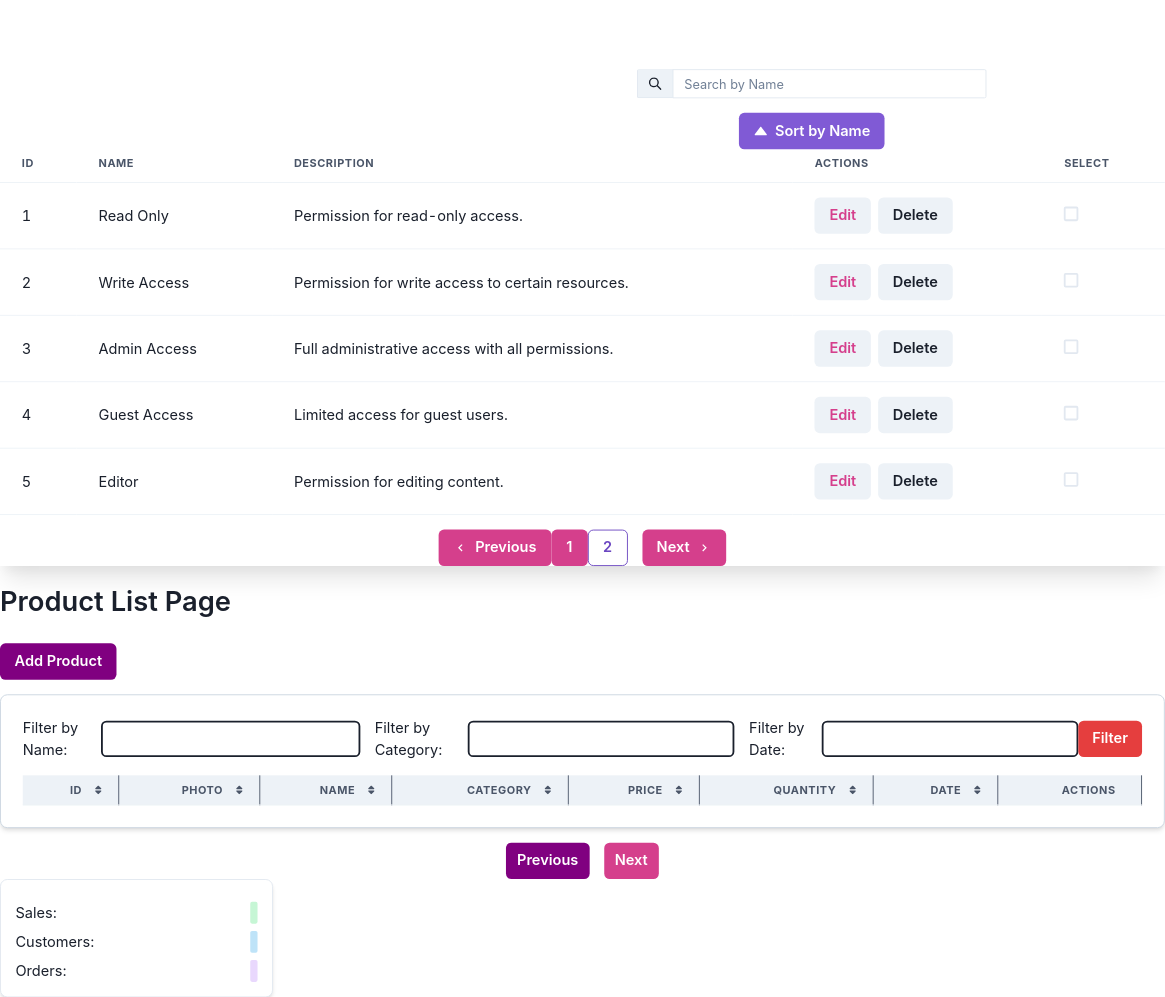
Repository: Andarg01/chakra-dashboard
Page: /
These files come from the project's save history. The page is drawn as it stood at one moment and after the next save; the edit follows.
The browser window is 1280 px wide. The pictures show the whole page, at 91% of full size.
The project was rebuilt for these pictures with package versions that can differ from the ones it lists, and the page was loaded fresh each time. Also part of the build but not shown: src/ProductModal.tsx.

Above is the page before, as saved 2024-03-05 23:26:00.

### src/index.tsx
import React from 'react';
import ReactDOM from 'react-dom/client';
import './index.css';
import App from './App';

import { ChakraProvider } from '@chakra-ui/react';


const root = ReactDOM.createRoot(
  document.getElementById('root') as HTMLElement
);
root.render(

  <React.StrictMode>
  <ChakraProvider>
    <App />
    </ChakraProvider>
  </React.StrictMode>

);

### src/App.tsx
import React from 'react'
import PermissionPage from './PermissionPage'
import ProductList from './ProductList'
import ShopDashboardCard from './pages/ShopPages'

const App = () => {
  return (
    <div>
      <PermissionPage/>
      <ProductList/>
      <ShopDashboardCard/>
    </div>
  )
}

export default App

### src/ProductList.tsx
import React, { useState, useEffect } from 'react';
import ProductTable from './ProductTable';
import ProductModal from './ProductModal';
import { FaSort, FaSortUp, FaSortDown } from 'react-icons/fa';
import { Box, Button, Flex, Text } from '@chakra-ui/react';

interface Product {
  id: string;
  name: string;
  category: string;
  price: number;
  quantity: number;
  date: string;
  photo: string;
}

const ProductList: React.FC = () => {
  const [products, setProducts] = useState<Product[]>([

  ]);

  const [deleteConfirmation, setDeleteConfirmation] = useState<string | null>(null);
  const [modalOpen, setModalOpen] = useState(false);
  const [selectedProduct, setSelectedProduct] = useState<Product | null>(null);
  const [sortedProducts, setSortedProducts] = useState<Product[]>(products);
  const [filter, setFilter] = useState({ name: '', category: '', date: '' });
  const [sortConfig, setSortConfig] = useState<{ key: keyof Product; direction: string } | null>(null);
  const [currentPage, setCurrentPage] = useState(1);
  const itemsPerPage = 5;

  useEffect(() => {
    const filtered = products.filter(
      (product) =>
        product.name.toLowerCase().includes(filter.name.toLowerCase()) &&
        product.category.toLowerCase().includes(filter.category.toLowerCase()) &&
        product.date.includes(filter.date)
    );
    setSortedProducts(filtered);
    setCurrentPage(1);
  }, [products, filter]);

  const handlePreviousPage = () => {
    if (currentPage > 1) {
      setCurrentPage(currentPage - 1);
    }
  };

  const handleNextPage = () => {
    const totalPages = Math.ceil(sortedProducts.length / itemsPerPage);
    if (currentPage < totalPages) {
      setCurrentPage(currentPage + 1);
    }
  };

  const handlePageChange = (newPage: number) => {
    setCurrentPage(newPage);
  };

  const handleSort = (field: keyof Product) => {
    let direction = 'asc';

    if (sortConfig && sortConfig.key === field && sortConfig.direction === 'asc') {
      direction = 'desc';
    }

    setSortConfig({ key: field, direction });
    const sorted = [...products].sort((a, b) => {
      if (a[field] > b[field]) return direction === 'asc' ? 1 : -1;
      if (a[field] < b[field]) return direction === 'asc' ? -1 : 1;
      return 0;
    });

    setSortedProducts(sorted);
  };

  const getSortIcon = (field: keyof Product) => {
    if (!sortConfig || sortConfig.key !== field) {
      return <FaSort />;
    }

    return sortConfig.direction === 'asc' ? <FaSortUp /> : <FaSortDown />;
  };

  const handleFilter = () => {
    const filtered = products.filter(
      (product) =>
        product.name.toLowerCase().includes(filter.name.toLowerCase()) &&
        product.category.toLowerCase().includes(filter.category.toLowerCase()) &&
        product.date.includes(filter.date)
    );
    setSortedProducts(filtered);
    setCurrentPage(1);
  };

  const handleDelete = (id: string) => {
    setDeleteConfirmation(id);
  };

  const handleEdit = (editedProduct: Product) => {
    const updatedProducts = products.map((product) =>
      product.id === editedProduct.id ? editedProduct : product
    );
    setProducts(updatedProducts);
  };

  const handleAdd = (newProduct: Product) => {
    const id = (products.length + 1).toString();
    const updatedProducts = [...products, { ...newProduct, id }];
    setProducts(updatedProducts);
  };

  const startIndex = (currentPage - 1) * itemsPerPage;
  const endIndex = startIndex + itemsPerPage;
  const currentItems = sortedProducts.slice(startIndex, endIndex);
  const totalPages = Math.ceil(sortedProducts.length / itemsPerPage);

  return (
    <Box className="container mx-auto p-6 block">
      <Text fontSize="3xl" fontWeight="semibold" mb="6">
        Product List Page
      </Text>

      <Button
        onClick={() => {
          setSelectedProduct({
            id: (products.length + 1).toString(),
            name: '',
            category: '',
            price: 0,
            quantity: 0,
            date: '',
            photo: '',
          });
          setModalOpen(true);
        }}
        bgColor="purple"
        color="white"
        rounded="md"
        px="4"
        py="2"
        mb="4"
        _hover={{ m: '2' }}
      >
        Add Product
      </Button>

      <ProductTable
        products={currentItems}
        onDelete={handleDelete}
        onEdit={handleEdit}
        currentPage={currentPage}
        totalPages={totalPages}
        onPreviousPage={handlePreviousPage}
        onNextPage={handleNextPage}
        onSort={handleSort}
        getSortIcon={getSortIcon}
        onFilter={handleFilter}
      />

      <Flex justify="center" align="center" mt="4">
        <Button
          onClick={handlePreviousPage}
          disabled={currentPage === 1}
          bgColor="purple"
          color="white"
          px="3"
          py="1"
          rounded="md"
          mr="2"
          _hover={{ m: '2' }}
        >
          Previous
        </Button>
        {Array.from({ length: totalPages }, (_, index) => (
          <Button
            key={index}
            onClick={() => handlePageChange(index + 1)}
            className={`px-3 py-2 mx-1 rounded-md ${
              currentPage === index + 1 ? 'bg-gray-500 text-white' : 'bg-gray-200'
            }`}
          >
            {index + 1}
          </Button>
        ))}
        <Button
          onClick={handleNextPage}
          disabled={currentPage === totalPages}
          bgColor="pink.500"
          color="white"
          px="3"
          py="1"
          rounded="md"
          ml="2"
          _hover={{ m: '2' }}
        >
          Next
        </Button>
      </Flex>

      {deleteConfirmation && (
        <Box
          className="fixed top-0 left-0 w-full h-full bg-gray-800 bg-opacity-75 flex items-center justify-center"
        >
          <Box className="bg-white p-6 rounded-md w-96">
            <Text>{`Are you sure you want to delete product with ID: ${deleteConfirmation}?`}</Text>
            <Button
              onClick={() => {
                const updatedProducts = products.filter(
                  (product) => product.id !== deleteConfirmation
                );
                setProducts(updatedProducts);
                setDeleteConfirmation(null);
              }}
              className="yes px-4 py-2 rounded-md mr-2 bg-pink-500 hover:bg-red-700"
            >
              Yes
            </Button>
            <Button
              onClick={() => setDeleteConfirmation(null)}
              className="cancel px-4 py-2 rounded-md hover:bg-gray-400 "
            >
              Cancel
            </Button>
          </Box>
        </Box>
      )}

      {modalOpen && (
        <ProductModal
          product={selectedProduct}
          onClose={() => {
            setModalOpen(false);
            setSelectedProduct(null);
          }}
          onSave={(editedProduct) => {
            if (selectedProduct) {
              handleEdit(editedProduct);
            } else {
              handleAdd(editedProduct);
            }
            setModalOpen(false);
            setSelectedProduct(null);
          }}
        />
      )}
    </Box>
  );
};

export default ProductList;

### src/pages/ShopPages.tsx
import React from 'react';
import { Box, Text, Flex, Badge } from '@chakra-ui/react';

interface ShopDashboardCardProps {
  shopName: string;
  sales: number;
  customers: number;
  orders: number;
}

const ShopDashboardCard: React.FC<ShopDashboardCardProps> = ({ shopName, sales, customers, orders }) => {
  return (
    <Box borderWidth="1px" borderRadius="lg" p="4" bg="white" boxShadow="md" w="300px">
      <Text fontSize="xl" fontWeight="bold" mb="2">{shopName}</Text>
      <Flex justifyContent="space-between" mb="2">
        <Text>Sales:</Text>
        <Badge colorScheme="green">{sales}</Badge>
      </Flex>
      <Flex justifyContent="space-between" mb="2">
        <Text>Customers:</Text>
        <Badge colorScheme="blue">{customers}</Badge>
      </Flex>
      <Flex justifyContent="space-between">
        <Text>Orders:</Text>
        <Badge colorScheme="purple">{orders}</Badge>
      </Flex>
    </Box>
  );
};

export default ShopDashboardCard;

### src/ProductTable.tsx
import React, { useState, useEffect } from 'react';
import ProductModal from './ProductModal';
import { Table, Thead, Tbody, Tr, Th, Td, Image, Input, Button, Box } from '@chakra-ui/react';

interface Product {
  id: string;
  name: string;
  category: string;
  price: number;
  quantity: number;
  date: string;
  photo: string;
}

interface ProductTableProps {
  products: Product[];
  onDelete: (id: string) => void;
  onEdit: (product: Product) => void;
  currentPage: number;
  totalPages: number;
  onPreviousPage: () => void;
  onNextPage: () => void;
  onSort: (field: keyof Product) => void;
  getSortIcon: (field: keyof Product) => React.ReactNode;
  onFilter: () => void;
}

const ProductTable: React.FC<ProductTableProps> = ({
  products,
  onDelete,
  onEdit,
  currentPage,
  totalPages,
  onPreviousPage,
  onNextPage,
  onSort,
  getSortIcon,
  onFilter,
}) => {
  const [modalOpen, setModalOpen] = useState(false);
  const [selectedProduct, setSelectedProduct] = useState<Product | null>(null);
  const [sortedProducts, setSortedProducts] = useState<Product[]>(products);
  const [filter, setFilter] = useState({ name: '', category: '', date: '' });

  useEffect(() => {
    const filtered = products.filter(
      (product) =>
        product.name.toLowerCase().includes(filter.name.toLowerCase()) &&
        product.category.toLowerCase().includes(filter.category.toLowerCase()) &&
        product.date.includes(filter.date)
    );
    setSortedProducts(filtered);
  }, [products, filter]);

  const handleEdit = (product: Product) => {
    setSelectedProduct(product);
    setModalOpen(true);
  };

  const handleSort = (field: keyof Product) => {
    onSort(field);
  };

  const handleFilter = () => {
    onFilter();
  };

  const renderPageNumbers = () => {
    return Array.from({ length: totalPages }, (_, index) => (
      <Button
        key={index + 1}
        onClick={() => onPreviousPage(index + 1)}
        mx={2}
        px={3}
        py={1}
        rounded="md"
        bgColor={index + 1 === currentPage ? 'purple' : 'purple.200'}
        color={index + 1 === currentPage ? 'white' : 'gray.700'}
        _hover={{
          bgColor: 'red.700',
        }}
      >
        {index + 1}
      </Button>
    ));
  };

  return (
    <Box
      overflowX="auto"
      bg="white"
      border="1px"
      borderColor="gray.300"
      p={6}
      rounded="lg"
      shadow="md"
      transition="duration: 500ms ease-in-out"
    >
      <Box mb={4} display="flex" justifyContent="space-between" alignItems="center">
        <Box display="flex" alignItems="center">
          <label htmlFor="name" className="mr-2">
            Filter by Name:
          </label>
          <Input
            type="text"
            value={filter.name}
            onChange={(e) => setFilter({ ...filter, name: e.target.value })}
            border="2px"
            p={2}
            rounded="md"
          />
        </Box>
        <Box display="flex" alignItems="center" ml={4}>
          <label htmlFor="category" className="mr-2">
            Filter by Category:
          </label>
          <Input
            type="text"
            value={filter.category}
            onChange={(e) => setFilter({ ...filter, category: e.target.value })}
            border="2px"
            p={2}
            rounded="md"
          />
        </Box>
        <Box display="flex" alignItems="center" ml={4}>
          <label htmlFor="date" className="mr-2">
            Filter by Date:
          </label>
          <Input
            type="text"
            value={filter.date}
            onChange={(e) => setFilter({ ...filter, date: e.target.value })}
            border="2px"
            p={2}
            rounded="md"
          />
        </Box>
        <Button onClick={handleFilter} className="filter px-4 py-2 ml-4 rounded-md hover:m-2 border hover:bg-red-700" colorScheme="red">
          Filter
        </Button>
      </Box>

      <Table variant="simple" className="min-w-full border-b border-gray-300">
        <Thead bg="gray.100">
          <Tr>
            {['id', 'Photo', 'Name', 'Category', 'Price', 'Quantity', 'Date', 'Actions'].map((column) => (
              <Th
                key={column}
                onClick={() => (column !== 'Actions' ? handleSort(column.toLowerCase() as keyof Product) : null)}
                py={2}
                px={4}
                borderRight="1px"
                cursor="pointer"
              >
                <Box display="flex" alignItems="center" justifyContent="flex-end">
                  <Box
                    onClick={() => (column !== 'Actions' ? handleSort(column.toLowerCase() as keyof Product) : null)}
                    mr={3}
                    cursor="pointer"
                  >
                    {column}
                  </Box>
                  {column !== 'Actions' && getSortIcon(column.toLowerCase() as keyof Product)}
                </Box>
              </Th>
            ))}
          </Tr>
        </Thead>
        <Tbody>
          {sortedProducts.map((product) => (
            <Tr key={product.id} borderBottom="1px">
              <Td py={2} px={4} borderRight="1px" borderColor="gray.300" fontWeight="normal">
                {product.id}
              </Td>
              <Td py={2} px={4} borderRight="1px" borderColor="gray.300" fontWeight="normal">
                <Image src={product.photo} alt={`Product ${product.name}`} w={16} h={16} rounded="md" m={1} />
              </Td>
              <Td py={2} px={4} borderRight="1px" borderColor="gray.300" fontWeight="normal">
                {product.name}
              </Td>
              <Td py={2} px={4} borderRight="1px" borderColor="gray.300" fontWeight="normal">
                {product.category}
              </Td>
              <Td py={2} px={4} borderRight="1px" borderColor="gray.300" fontWeight="normal">
                {product.price}
              </Td>
              <Td py={2} px={4} borderRight="1px" borderColor="gray.300" fontWeight="normal">
                {product.quantity}
              </Td>
              <Td py={2} px={4} borderRight="1px" borderColor="gray.300" fontWeight="normal">
                {product.date}
              </Td>
              <Td py={2} px={4} fontWeight="normal">
                <Button onClick={() => handleEdit(product)}  color='purple' className="edit  hover:underline mr-2 hover:text-purple-700">
                  Edit
                </Button>
                <Button onClick={() => onDelete(product.id)} color='red' className="delete text-red-800 hover:underline hover:text-red-700">
                  Delete
                </Button>
              </Td>
            </Tr>
          ))}
        </Tbody>
      </Table>

      {modalOpen && (
        <ProductModal
          product={selectedProduct}
          onClose={() => {
            setModalOpen(false);
            setSelectedProduct(null);
          }}
          onSave={(editedProduct) => {
            onEdit(editedProduct);
            setModalOpen(false);
            setSelectedProduct(null);
          }}
        />
      )}
    </Box>
  );
};

export default ProductTable;

### src/pages/ShopDashboardCard.tsx
import React from 'react';
import { Box, Text, Flex, Badge } from '@chakra-ui/react';

interface ShopDashboardCardProps {
  shopName: string;
  sales: number;
  customers: number;
  orders: number;
}

const ShopDashboardCard: React.FC<ShopDashboardCardProps> = ({ shopName, sales, customers, orders }) => {
  return (
    <Box borderWidth="1px" borderRadius="lg" p="4" bg="white" boxShadow="md" w="300px">
      <Text fontSize="xl" fontWeight="bold" mb="2">{shopName}</Text>
      <Flex justifyContent="space-between" mb="2">
        <Text>Sales:</Text>
        <Badge colorScheme="green">{sales}</Badge>
      </Flex>
      <Flex justifyContent="space-between" mb="2">
        <Text>Customers:</Text>
        <Badge colorScheme="blue">{customers}</Badge>
      </Flex>
      <Flex justifyContent="space-between">
        <Text>Orders:</Text>
        <Badge colorScheme="purple">{orders}</Badge>
      </Flex>
    </Box>
  );
};

export default ShopDashboardCard;

Loaded but not shown: public/index.html (common file); src/index.css (common file); src/PermissionPage.tsx (292 lines, source omitted)

After the next save:
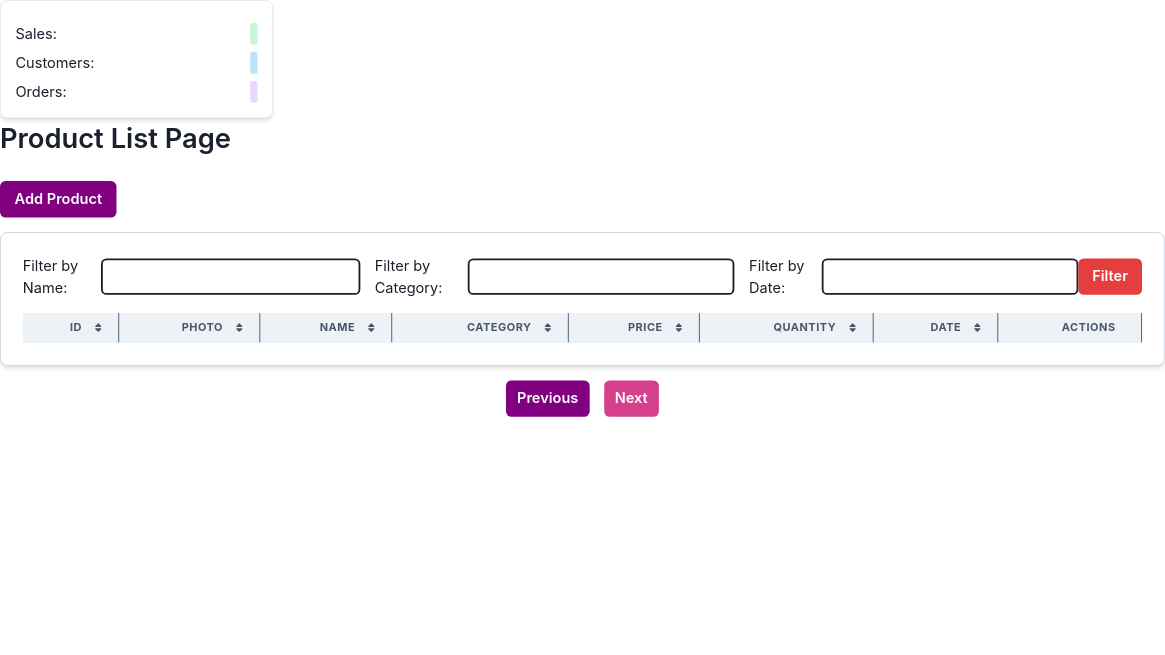
Saved 96 s later.
--- a/src/App.tsx
+++ b/src/App.tsx
@@ -1,14 +1,16 @@
 import React from 'react'
 import PermissionPage from './PermissionPage'
 import ProductList from './ProductList'
-import ShopDashboardCard from './pages/ShopPages'
+import ShopDashboardCard from './pages/ShopDashboardCard'
+
 
 const App = () => {
   return (
     <div>
-      <PermissionPage/>
+      {/* <PermissionPage/> */}
+      <ShopDashboardCard/>
       <ProductList/>
-      <ShopDashboardCard/>
+
     </div>
   )
 }
